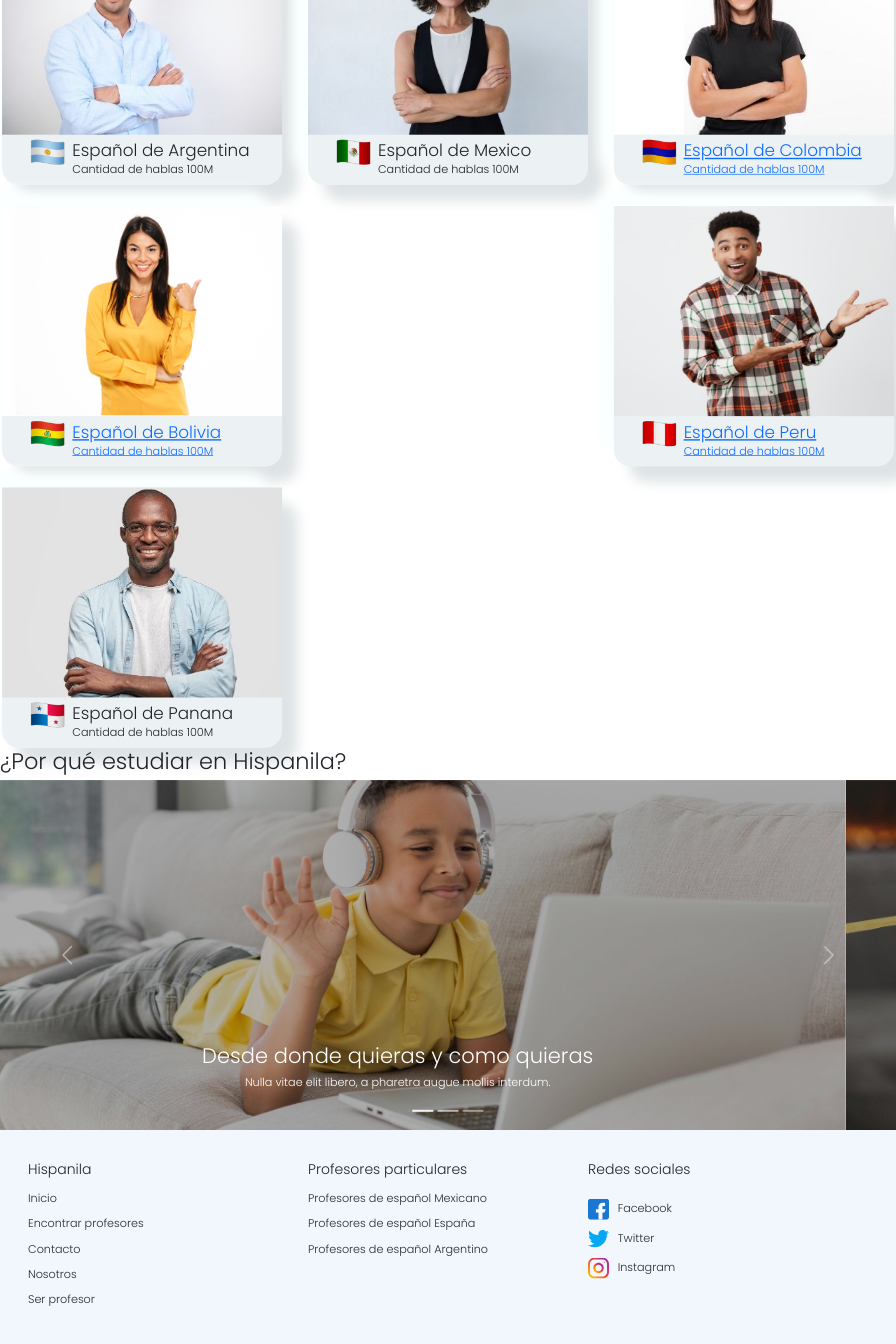
Repository: AgustinGarciaDev/Hispanila
Page: index.html
These files come from the project's save history. The page is drawn as it stood at one moment and after a run of saves; the edit follows.
The browser window is 1280 px wide. The pictures show the part of the page from y = 889 to 2809 px (the page is 2809 px tall), at 70% of full size.
Some web libraries are served in a nearby version. The style sheet was rebuilt from its Sass, Less or Tailwind sources for each picture, by a compiler version that may differ from the author's.

Above is the page before, as saved 2021-01-28 22:11:03.

After the next 2 saves:
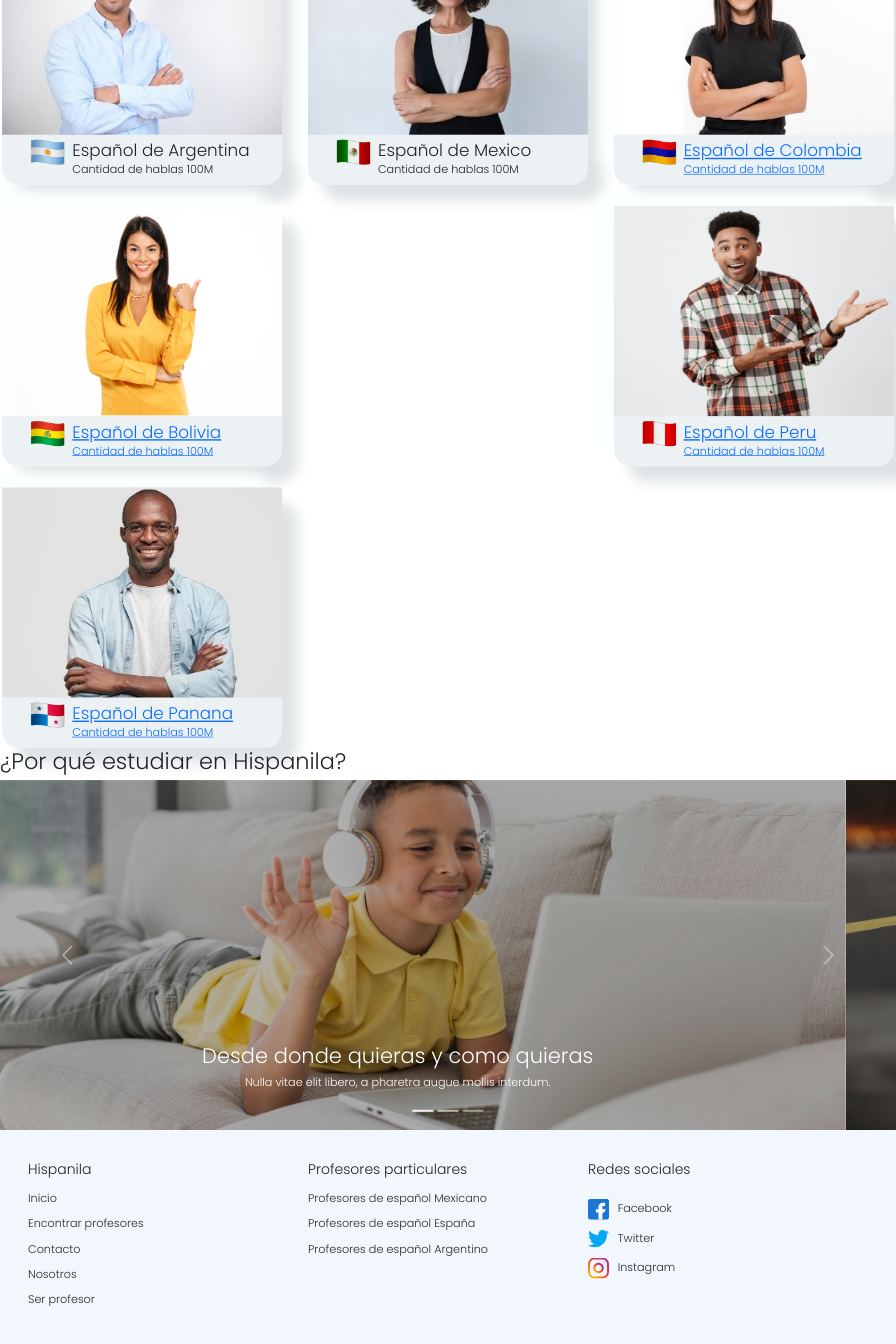
The 2 saves are shown as one change because they came seconds apart.
The last was saved 23 s later.
--- a/index.html
+++ b/index.html
@@ -129,14 +129,17 @@
                 </a>
             </div>
             <div class="card-band">
-                <img class='teacher-photo' src="./img/teacher-panama.jpg" alt="profesor de panama">
-                <div class="content-band">
-                    <img class="band" src="./img/panama.png" alt="">
-                    <div class="info-card">
-                        <h4>Español de Panana</h4>
-                        <p>Cantidad de hablas 100M</p>
-                    </div>
-                </div>
+                <a href="./searchteacer.html"> <img class='teacher-photo' src="./img/teacher-panama.jpg" alt="profesor de panama">
+                    <div class="content-band">
+                        <img class="band" src="./img/panama.png" alt="">
+                        <div class="info-card">
+                            <a href="./searchteacer.html">
+                                <h4>Español de Panana</h4>
+                                <p>Cantidad de hablas 100M</p>
+                            </a>
+                        </div>
+                    </div>
+                </a>
             </div>
         </div>
         </div>
